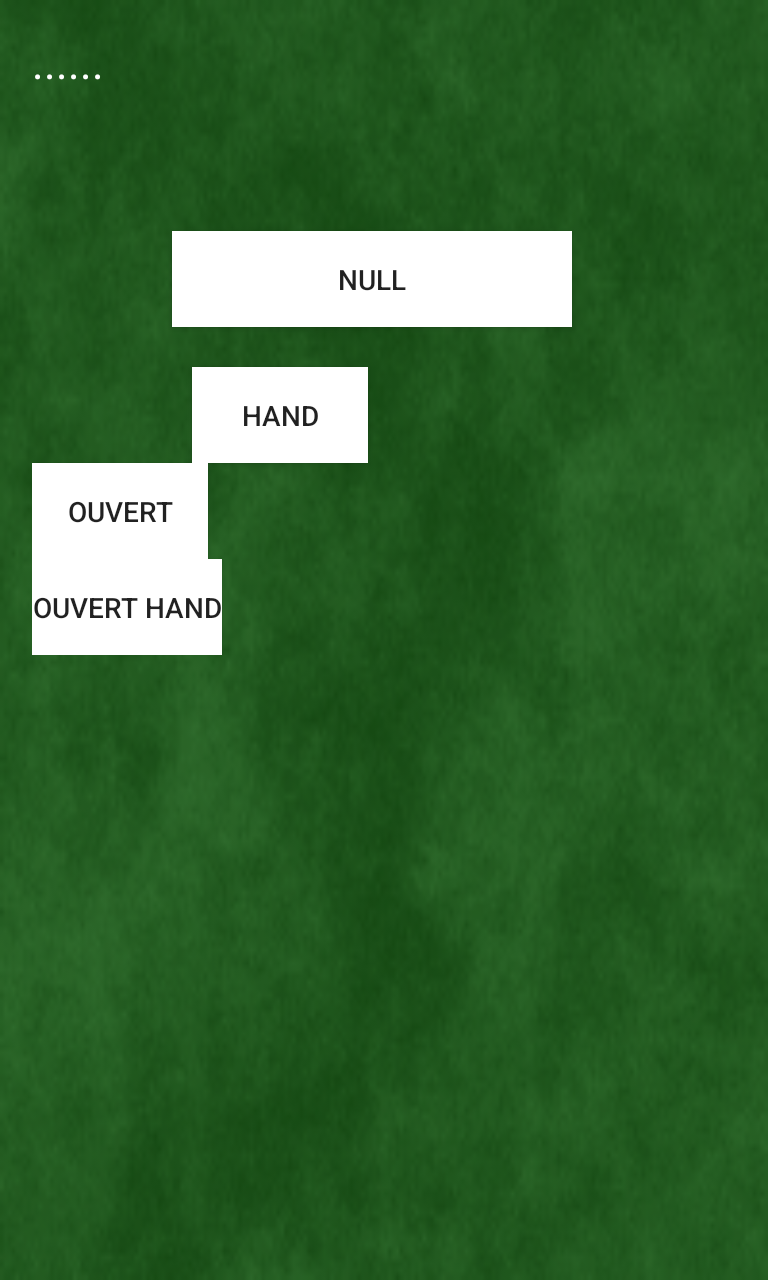
Repository: razinanu/InSy-Skat
Layout: InSy-Skat/res/layout/fragment_null_s.xml
These files come from the project's save history. The layout is drawn as it stood at one moment and after the next save; the edit follows.
It is drawn on a 768 x 1280 px phone screen (xhdpi) without system bars, with theme AppThemeWithoutActionBarTitle; the app's code is not run.

Above is the layout before, as saved 2014-06-21 19:10:11.

### InSy-Skat/res/layout/fragment_null_s.xml
<ScrollView xmlns:android="http://schemas.android.com/apk/res/android"
    xmlns:tools="http://schemas.android.com/tools"
    android:layout_width="match_parent"
    android:layout_height="match_parent"
    android:paddingBottom="@dimen/activity_vertical_margin"
    android:paddingLeft="@dimen/activity_horizontal_margin"
    android:paddingRight="@dimen/activity_horizontal_margin"
    android:paddingTop="@dimen/activity_vertical_margin"
    android:background="@drawable/hintergrundapp"
    tools:context="com.example.insy_skat.NullSPActivity$PlaceholderFragment" >


        <LinearLayout
            android:layout_width="match_parent"
            android:layout_height="wrap_content"
            android:orientation="vertical"
           >

            <TextView
                android:id="@+id/bubenAuswahlText"
                android:layout_width="wrap_content"
                android:layout_height="wrap_content"
                android:text="@string/nullspiel"
                android:textAppearance="?android:attr/textAppearanceLarge"
                android:textColor="#ffffff" />

            <Button
                android:id="@+id/nullsp"
                android:layout_width="200dp"
                android:layout_height="wrap_content"
                android:text="@string/nullString"
                android:gravity="center"
                android:layout_marginTop="70dp"
                android:layout_marginLeft="70dp"
                android:background="#ffffff" />

             <Button
                 android:id="@+id/nullH"
                 android:layout_width="wrap_content"
                 android:layout_height="wrap_content"
                  android:layout_marginTop="20dp"
                android:layout_marginLeft="80dp"
                 android:text="@string/nullH"
                 android:background="#ffffff" />

             <Button
                 android:id="@+id/nullou"
                 android:layout_width="wrap_content"
                 android:layout_height="wrap_content"
                 android:text="@string/nullou"
                 android:background="#ffffff" />

             <Button
                 android:id="@+id/nullouH"
                 android:layout_width="wrap_content"
                 android:layout_height="wrap_content"
                 android:text="@string/nullouH"
                 android:background="#ffffff" />

        </LinearLayout>


</ScrollView>

### InSy-Skat/res/values/strings.xml
<?xml version="1.0" encoding="utf-8"?>
<resources>

    <string name="app_name">Reizassistent</string>
    <string name="action_settings">Settings</string>
    <string name="zurueck">Zurück</string>
    <string name="weiter">Weiter</string>
    <string name="menue">Menü</string>
    <string name="abbrechen">Beenden</string>
    <string name="farbspielGrand">Farbspiel/Grand</string>
    <string name="nullString">Null</string>
    <string name="grand">Grand</string>
    <string name="reizassistent">Reizassistent</string>
    <string name="bubenAuswaehlen">Buben Auswählen</string>
    <string name="farbenAuswahl">Farben Auswählen</string>
    <string name="reizenTabelle">Reiztabelle</string>
    <string name="title_activity_selected_soldiers">SelectedSoldiers</string>
    <string name="title_activity_farben_auswahl">FarbenAuswahl</string>
    <string name="title_activity_result">ResultActivity</string>
    <string name="info_title">Zusätzliche Informationen</string>
    <string name="home_title">Hauptmenü</string>
    <string name="title_activity_null_sp">NullSPActivity</string>
    <string name="nullspiel">......</string>
     <string name="nullH">Hand</string>
     <string name="nullou">Ouvert</string>
     <string name="nullouH">Ouvert Hand</string>

</resources>

Loaded but not shown: InSy-Skat/res/values-v11/styles.xml (common file); InSy-Skat/res/values/styles.xml (common file); InSy-Skat/res/values-v14/styles.xml (common file); InSy-Skat/res/values/dimens.xml (common file); InSy-Skat/res/values-w820dp/dimens.xml (common file)

After the next save:
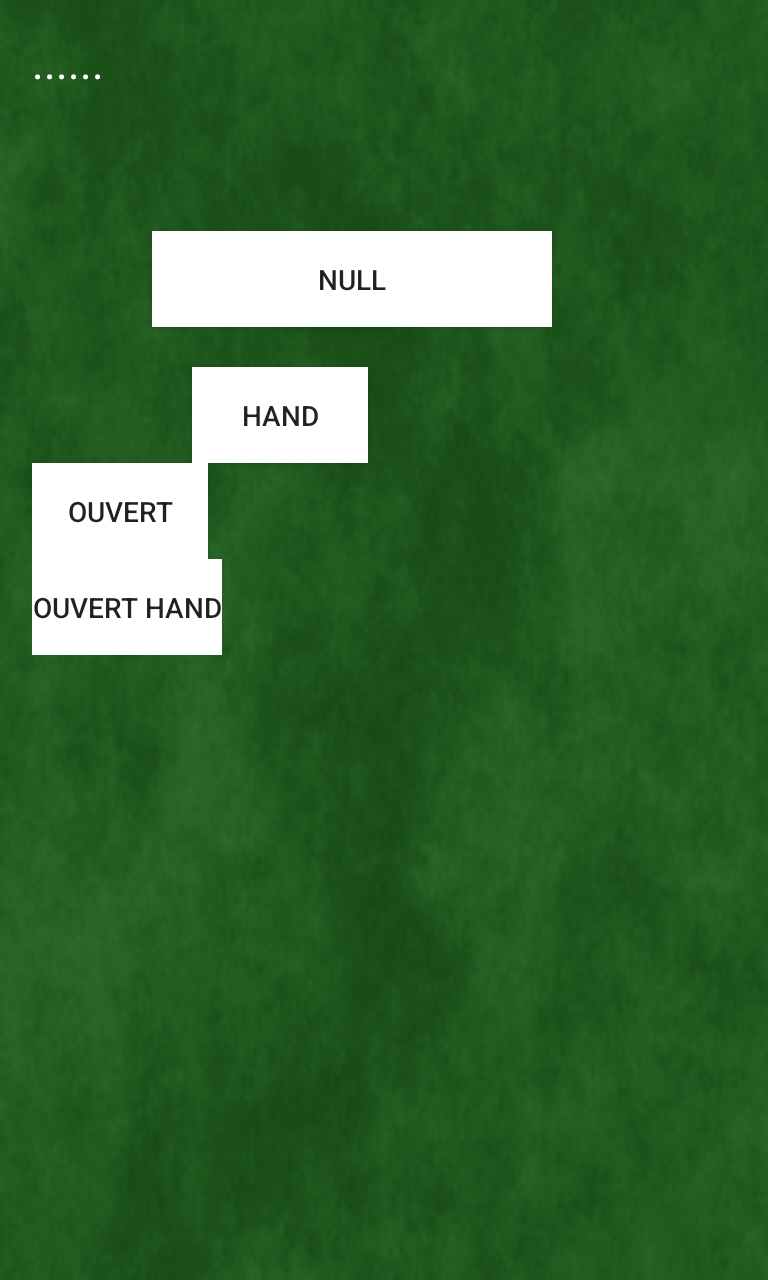
Saved 7 s later.
--- a/InSy-Skat/res/layout/fragment_null_s.xml
+++ b/InSy-Skat/res/layout/fragment_null_s.xml
@@ -31,7 +31,7 @@
                 android:text="@string/nullString"
                 android:gravity="center"
                 android:layout_marginTop="70dp"
-                android:layout_marginLeft="70dp"
+                android:layout_marginLeft="60dp"
                 android:background="#ffffff" />
 
              <Button
